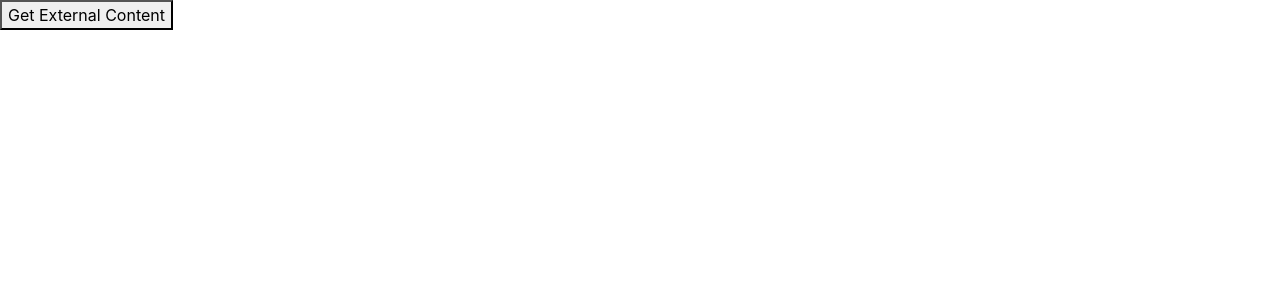
Repository: mindcafe/LiveDataDisplayFrontend
Page: LatestWorkspace/AlMark/WebContent/index2.html
The author's editor kept a copy of each file at every save. The page is drawn from the files as they stood at one save, then again after the next save.
The browser window is 1280 px wide. The pictures show the whole page.
After loading, the first visible `button` was clicked once.

Above is the page before, as saved 2018-07-01 00:22:30.
Console error: TypeError: Cannot read properties of null (reading 'ownerDocument')

### LatestWorkspace/AlMark/WebContent/index2.html
<!DOCTYPE html PUBLIC "-//W3C//DTD HTML 4.01 Transitional//EN" "http://www.w3.org/TR/html4/loose.dtd">
<html>
<head>
<meta http-equiv="Content-Type" content="text/html; charset=ISO-8859-1">
<title>ALMark</title>
<meta name="viewport" content="width=device-width, initial-scale=1">
  <link rel="stylesheet" href="libraries/bootstrap.min.css">
<!--   <script src="libraries/jquery-3.3.1.min.js"></script>
 -->
 <script src="https://ajax.googleapis.com/ajax/libs/jquery/3.3.1/jquery.min.js"></script>
   <script src="libraries/jquery-3.3.1.min.map"></script>
  <script src="libraries/bootstrap.bundle.min.js"></script>

  <script>
$(document).ready(function(){
    $("button").click(function(){
        $.ajax({url: 'xml/witsmlData_1sec.xml',/*
        	dataType: 'xml' */ success: function(result){
           	console.log(result);

           	var s = $(result).find('note').find('to').text();
           	console.log(s);
        	$("#div1").html(result);

        }});
    });
});
</script>

 </head>
<body>

<div id="div1"><h2>Let jQuery AJAX Change This Text</h2></div>

<button>Get External Content</button>

</div>
</body>
</html>

Loaded but not shown: LatestWorkspace/AlMark/WebContent/libraries/bootstrap.min.css (library); LatestWorkspace/AlMark/WebContent/libraries/bootstrap.bundle.min.js (library)

After the next save:
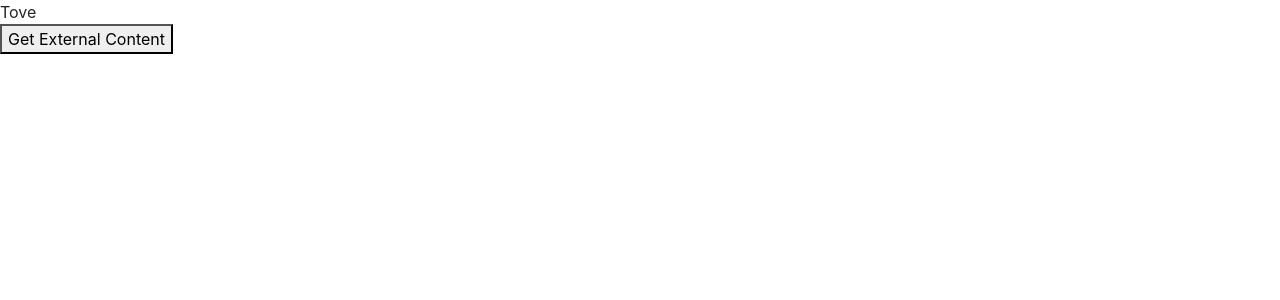
The error is gone.
Saved 5 s later.
--- a/LatestWorkspace/AlMark/WebContent/index2.html
+++ b/LatestWorkspace/AlMark/WebContent/index2.html
@@ -20,7 +20,7 @@
 
            	var s = $(result).find('note').find('to').text();
            	console.log(s);
-        	$("#div1").html(result);
+        	$("#div1").html(s);
 
         }});
     });
